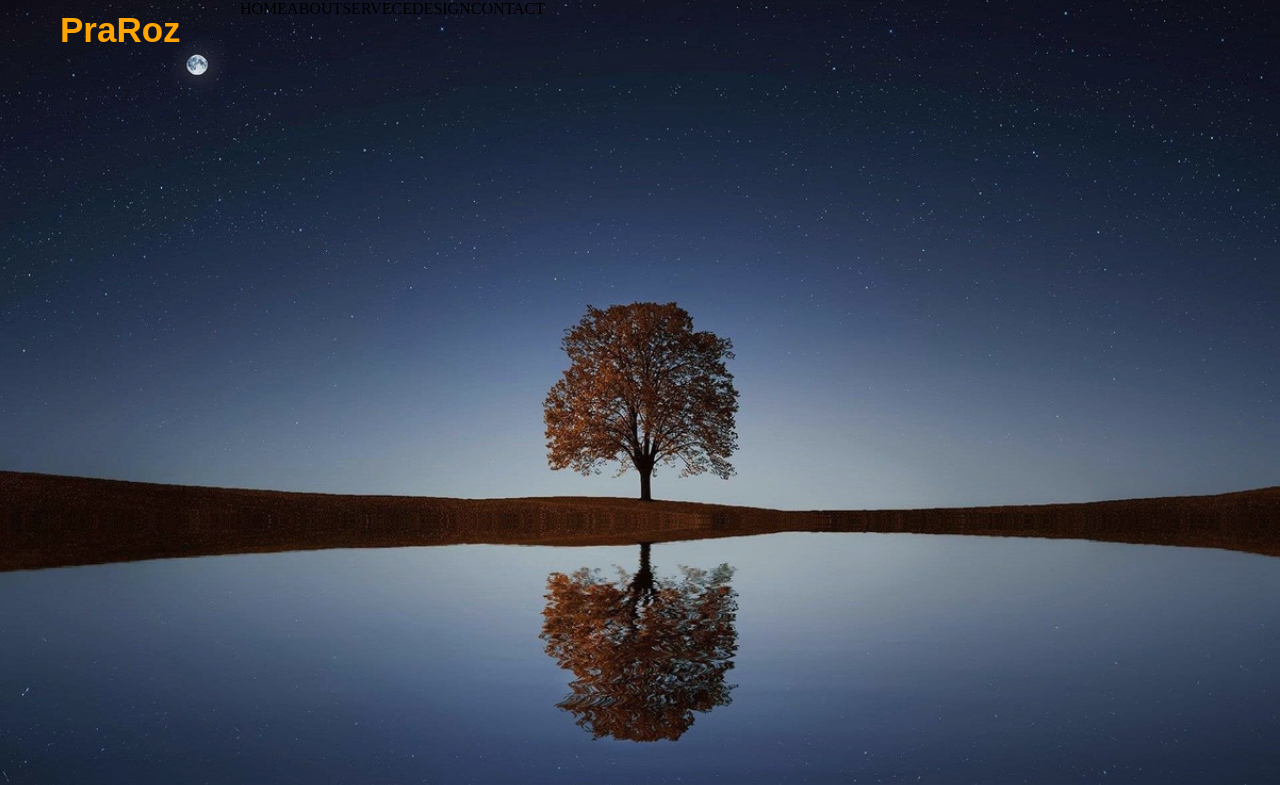
Repository: HuynhDuc23/project3
Page: index.html
These files come from the project's save history. The page is drawn as it stood at one moment and after the next save; the edit follows.
The browser window is 1280 px wide. The pictures show the whole page.

Above is the page before, as saved 2023-05-04 14:32:18.

After the next save:
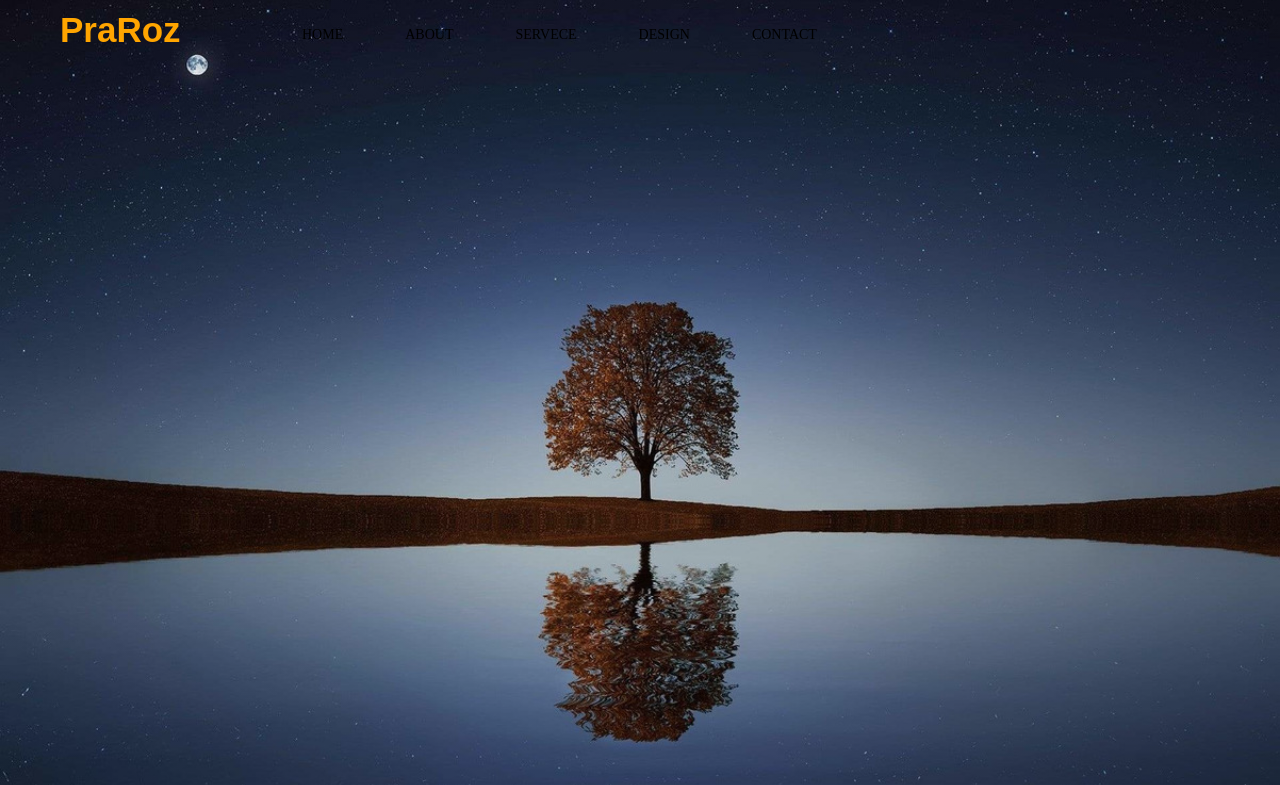
Saved 42 s later.
--- a/style.css
+++ b/style.css
@@ -44,4 +44,7 @@
 }
 ul li {
     list-style: none;
+    margin-left: 62px;
+    margin-top: 27px;
+    font-size: 14px;
 }
